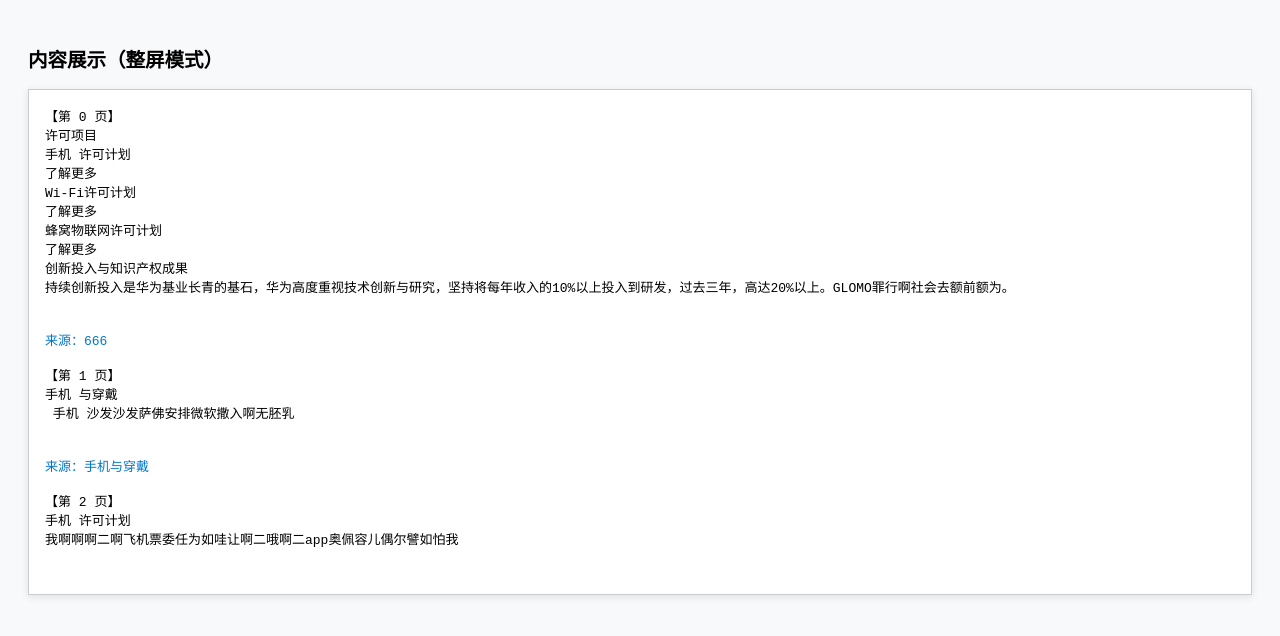
Repository: li-2019220129/test-editor
Page: index1.html
The author's editor kept a copy of each file at every save. The page is drawn from the files as they stood at one save, then again after the next save.
The browser window is 1280 px wide. The pictures show the whole page.

Above is the page before, as saved 2025-06-05 21:10:05.

After the next save:
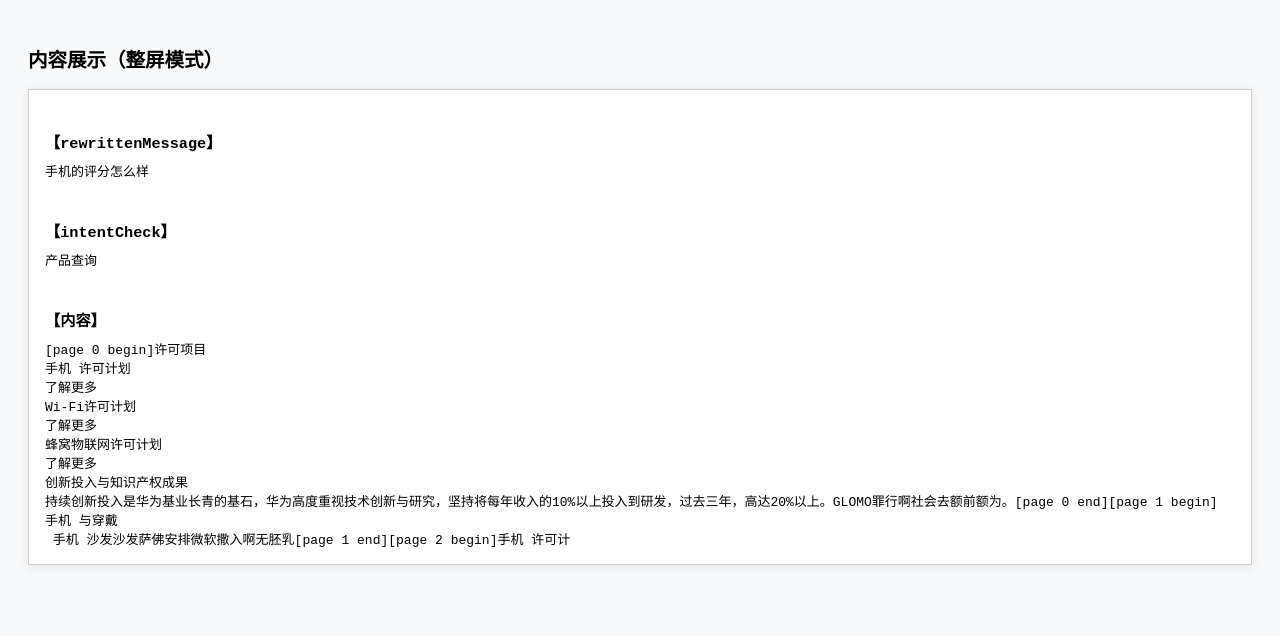
Saved 18 min 46 s later.
--- a/index1.html
+++ b/index1.html
@@ -25,6 +25,9 @@
         display: block;
         margin: 4px 0 16px 0;
       }
+      h3 {
+        margin: 24px 0 8px 0;
+      }
     </style>
   </head>
   <body>
@@ -45,23 +48,6 @@
         })
         .filter(Boolean);
 
-      const ragObj = parsedObjects.find((obj) =>
-        obj.content?.includes("[page 0 begin]")
-      );
-      const pages = [];
-      if (ragObj?.content) {
-        const pageMatches = ragObj.content.match(
-          /\[page \d+ begin](.*?)\[page \d+ end]/gs
-        );
-        pageMatches?.forEach((match, idx) => {
-          const content = match.replace(/\[page \d+ (begin|end)]/g, "").trim();
-          pages.push(content);
-        });
-      }
-
-      const sourceTitles = ragObj?.source_title || [];
-      const sourceUrls = ragObj?.source_url || [];
-
       const output = document.getElementById("output");
 
       async function typeText(text, container, delay = 20) {
@@ -74,19 +60,56 @@
       }
 
       async function renderAll() {
-        for (let i = 0; i < pages.length; i++) {
-          const pageTitle = `【第 ${i} 页】\n`;
-          const content = pages[i];
+        // 找出 ragQuery 的对象，单独处理分页内容
+        const ragObj = parsedObjects.find(
+          (obj) => obj.step === "ragQuery" && obj.content
+        );
+
+        // 先展示非 ragQuery 的内容（带 content 的）
+        for (const obj of parsedObjects) {
+          if (obj.content && obj.step !== "ragQuery") {
+            const h3 = document.createElement("h3");
+            h3.textContent = `【${obj.step || "内容"}】`;
+            output.appendChild(h3);
+
+            const span = document.createElement("span");
+            output.appendChild(span);
+            await typeText(obj.content, span, 20);
+          }
+        }
+
+        // ragQuery 的分页内容合并为一屏展示
+        if (ragObj) {
+          const pages = [];
+          const pageMatches = ragObj.content.match(
+            /\[page \d+ begin](.*?)\[page \d+ end]/gs
+          );
+          pageMatches?.forEach((match) => {
+            const content = match
+              .replace(/\[page \d+ (begin|end)]/g, "")
+              .trim();
+            pages.push(content);
+          });
+
+          const h3 = document.createElement("h3");
+          h3.textContent = "【ragQuery 分页内容】";
+          output.appendChild(h3);
+
           const span = document.createElement("span");
           output.appendChild(span);
-          await typeText(pageTitle + content + "\n", span, 20);
+          await typeText(pages.join("\n\n---\n\n"), span, 20);
 
-          if (sourceTitles[i] && sourceUrls[i]) {
-            const link = document.createElement("a");
-            link.href = sourceUrls[i];
-            link.textContent = `来源：${sourceTitles[i]}`;
-            link.target = "_blank";
-            output.appendChild(link);
+          // 展示来源链接
+          const sourceTitles = ragObj.source_title || [];
+          const sourceUrls = ragObj.source_url || [];
+          for (let i = 0; i < sourceTitles.length; i++) {
+            if (sourceTitles[i] && sourceUrls[i]) {
+              const link = document.createElement("a");
+              link.href = sourceUrls[i];
+              link.textContent = `来源：${sourceTitles[i]}`;
+              link.target = "_blank";
+              output.appendChild(link);
+            }
           }
         }
       }
@@ -95,11 +118,3 @@
     </script>
   </body>
 </html>
-
-<!-- const raw = `{"content":"[page 0 begin]许可项目\n手机 许可计划\n了解更多\nWi-Fi许可计划\n了解更多\n蜂窝物联网许可计划\n了解更多\n创新投入与知识产权成果\n持续创新投入是华为基业长青的基石，华为高度重视技术创新与研究，坚持将每年收入的10%以上投入到研发，过去三年，高达20%以上。GLOMO罪行啊社会去额前额为。[page 0  end][page 1 begin] 手机 与穿戴\n 手机 沙发沙发萨佛安排微软撒入啊无胚乳[page 1 end][page 2 begin]手机 许可计划\n我啊啊啊二啊飞机票委任为如哇让啊二哦啊二app奥佩容儿偶尔譬如怕我[page 2 end]","source_url":["www.baidu.com","kweweb-rhsl.huawei.com/cn/products/connectivity/smartphone-wearable.html"],"source_title":["666","手机与穿戴","手机许可计划"]}`;
-
-// 转义 \ 为 \\
-const escapedStr = raw.replace(/\\/g, '\\\\');
-
-const parsed = JSON.parse(escapedStr);
-console.log(parsed.content); -->
